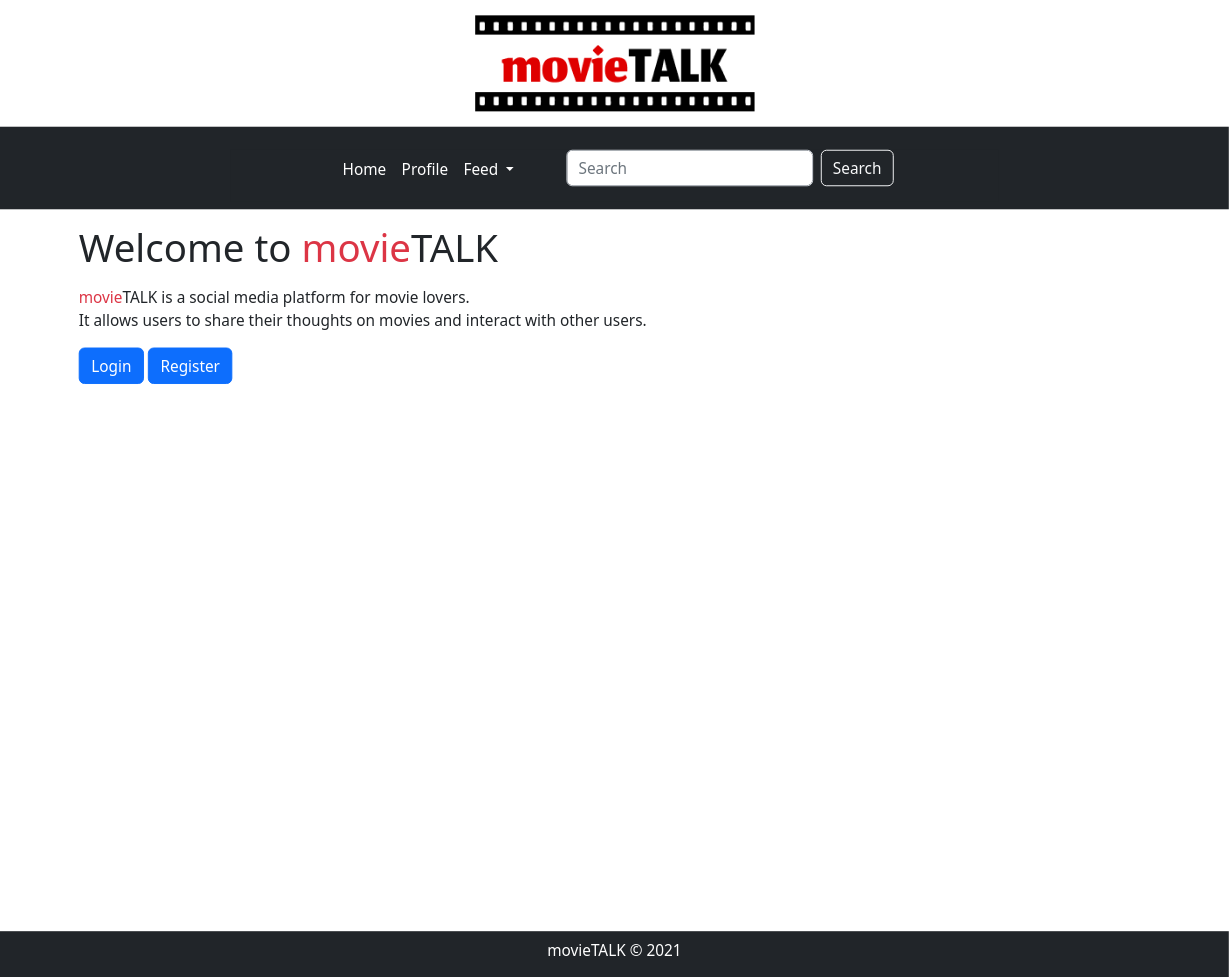
Repository: runeunhjem/css-frameworks-ca
Page: index.html
An editor plug-in stored every save of this project. The page is shown before and after the next save, followed by the edit.
The browser window is 1280 px wide. The pictures show the whole page, at 96% of full size.
Some web libraries are served in a nearby version. The style sheet was rebuilt from its Sass, Less or Tailwind sources for each picture, by a compiler version that may differ from the author's.

Above is the page before, as saved 2023-08-24 15:53:34.

After the next save:
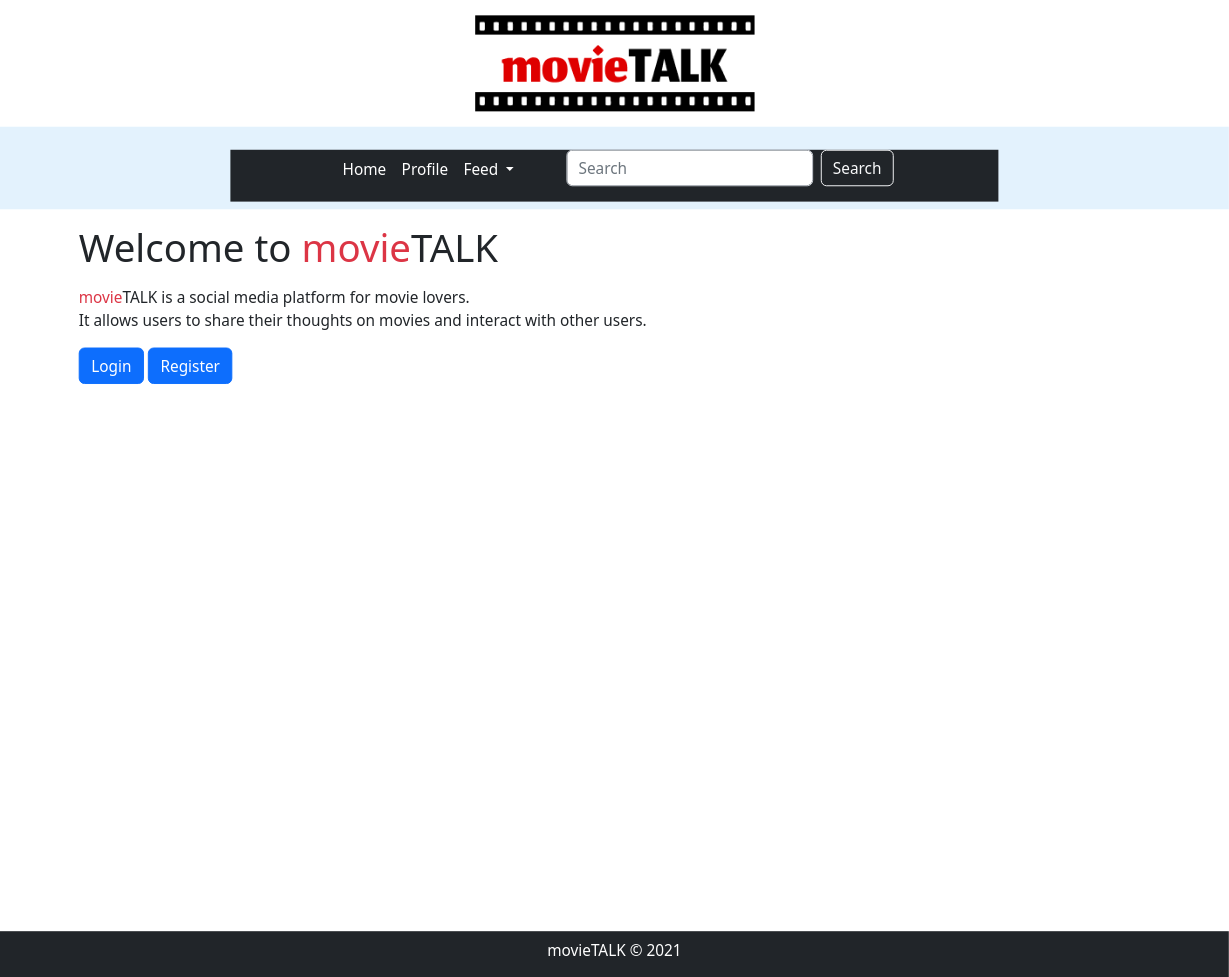
Saved 19 s later.
--- a/index.html
+++ b/index.html
@@ -17,7 +17,7 @@
       </div>
     </div>
   </div>
-  <nav class="navbar navbar-expand-md bg-dark pt-4">
+  <nav class="navbar navbar-expand-md  pt-4">
     <div class="container-fluid d-flex align-items-start justify-content-center max-width-800 bg-dark">
       <div class="row">
         <div class="col-3 col-sm-4 col-md-6">
